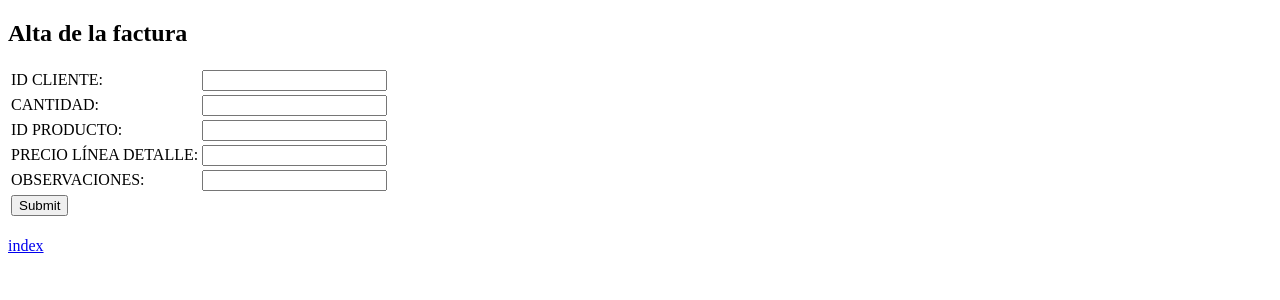
Repository: jaimedelgado/Formacion-JAVA
Page: http://localhost/facturasJ2EEMejorado/altaFactura.jsp
An editor plug-in stored every save of this project. The page is shown before and after the next save, followed by the edit.
The browser window is 1280 px wide. The pictures show the whole page.
The page is served by Tomcat 9. Other server files are loaded and not shown.

Above is the page before, as saved 2015-10-23 09:39:51.

### facturasJ2EEMejorado/WebContent/altaFactura.jsp
<%@ page language="java" contentType="text/html; charset=ISO-8859-1" pageEncoding="ISO-8859-1"%>
<%@ taglib prefix="c" uri="http://java.sun.com/jsp/jstl/core"%>

<!DOCTYPE html>
<html>
	<head>
		<meta charset="UTF-8">
		<title>ALTA DE LA FACTURA</title>
	</head>
	<body>
		<h2>Alta de la factura</h2>

		<form action="SvAltaFactura">
			<table>
			<!-- <tr>
					<td>CÓDIGO FACTURA: </td>
					<td><input type="text" name="codigoFactura"/></td>
				</tr> -->
				<tr>
					<td>ID CLIENTE: </td>
					<td><input type="text" name="idCliente"/></td>
				</tr>
				<tr>
					<td>CANTIDAD: </td>
					<td><input type="text" name="cantidad"/></td>
				</tr>
				<tr>

					<td>ID PRODUCTO: </td>
					<td><input type="text" name="idProducto"/></td>
				</tr>
				<tr>
					<td>PRECIO LÍNEA DETALLE: </td>
					<td><input type="text" name="precioLineaDetalle"/></td>
				</tr>
				<tr>
					<td>OBSERVACIONES: </td>
					<td><input type="text" name="observaciones"/></td>
				</tr>
				<tr>
					<td><input type="submit" name="submit"/></td>
				</tr>
			</table>


		</form>
		<br/>
		<a href="index.jsp">index</a>
	</body>
</html>

After the next save:
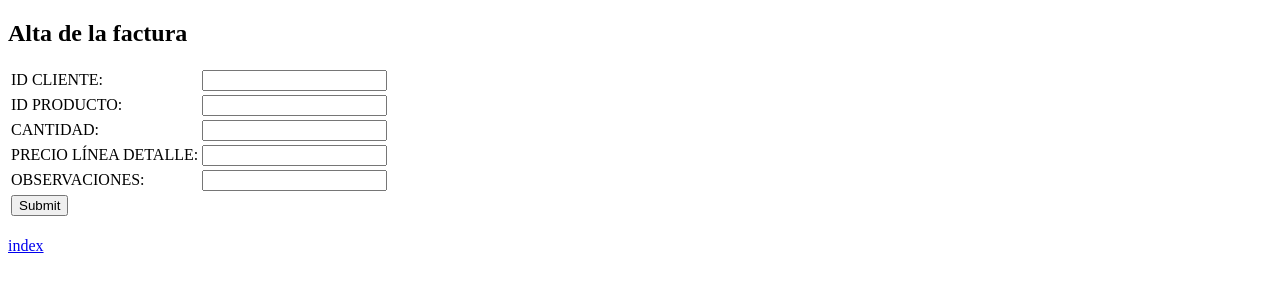
Saved 24 s later.
--- a/facturasJ2EEMejorado/WebContent/altaFactura.jsp
+++ b/facturasJ2EEMejorado/WebContent/altaFactura.jsp
@@ -21,13 +21,13 @@
 					<td><input type="text" name="idCliente"/></td>
 				</tr>
 				<tr>
-					<td>CANTIDAD: </td>
-					<td><input type="text" name="cantidad"/></td>
-				</tr>
-				<tr>
 
 					<td>ID PRODUCTO: </td>
 					<td><input type="text" name="idProducto"/></td>
+				</tr>
+				<tr>
+					<td>CANTIDAD: </td>
+					<td><input type="text" name="cantidad"/></td>
 				</tr>
 				<tr>
 					<td>PRECIO LÍNEA DETALLE: </td>
